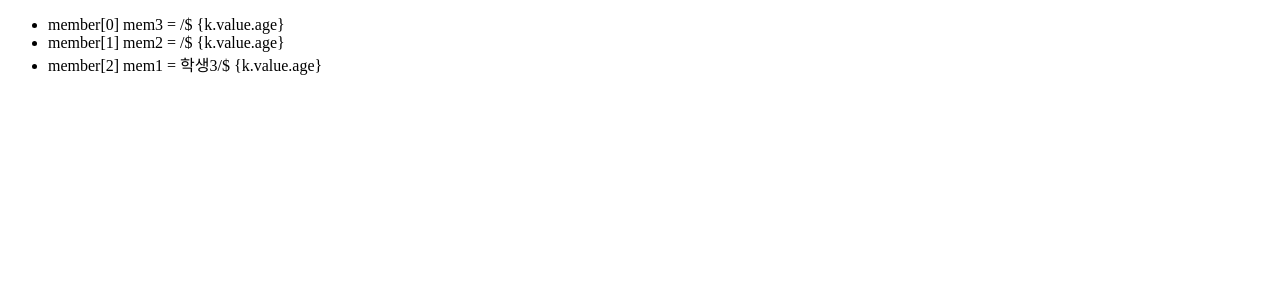
Repository: hari6180/JSP
Page: http://localhost/Model2/jstl/10-url.jsp
These files come from the project's save history. The page is drawn as it stood at one moment and after the next save; the edit follows.
The browser window is 1280 px wide. The pictures show the whole page.
The page is served by Tomcat 9. Other server files are loaded and not shown.

Above is the page before, as saved 2021-01-25 20:21:16.

### Model2/WebContent/jstl/10-url.jsp
<%@page import="java.util.HashMap"%>
<%@page import="study.jsp.model2.controller.Member"%>
<%@page import="java.util.Map"%>
<%@ page language="java" contentType="text/html; charset=UTF-8" pageEncoding="UTF-8"%>
<%@ page trimDirectiveWhitespaces="true" %>
<%@ taglib prefix="c" uri="http://java.sun.com/jsp/jstl/core" %>
<%
	// Collection Map 객체 생성
	Map<String, Member> memberMap = new HashMap<String, Member>();

	// Map 객체에 JavaBeans의 객체를 이름표를 적용하여 추가한다.
	Member mem1 = new Member();
	mem1.setName("학생1");
	mem1.setAge(20);
	memberMap.put("mem1", mem1);

	Member mem2 = new Member();
	mem1.setName("학생2");
	mem1.setAge(20);
	memberMap.put("mem2", mem2);

	Member mem3 = new Member();
	mem1.setName("학생3");
	mem1.setAge(20);
	memberMap.put("mem3", mem3);

	// Map 객체를 request객체에 등록한다.
	request.setAttribute("member_map", memberMap);
%>

<!doctype html>
<html>

<head>
    <meta charset="UTF-8" />
    <title>Hello JSP</title>
</head>

<body>
	<ul>
		<c:forEach var="k" items="${member_map}" varStatus="status">
			<li>
				member[${status.index}] ${k.key} = ${k.value.name}/$ {k.value.age}
			</li>
		</c:forEach>
	</ul>
</body>

</html>

### Model2/src/study/jsp/model2/controller/Member.java
package study.jsp.model2.controller;

import lombok.Data;

@Data
public class Member {
	private String name;
	private int age;
}

After the next save:
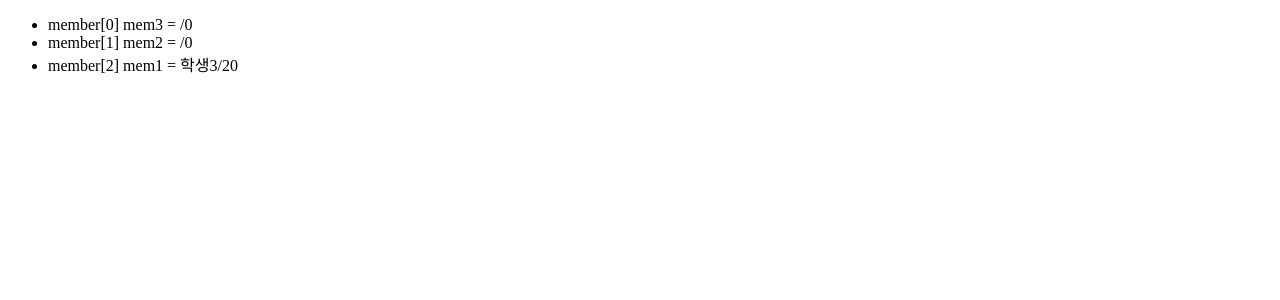
Saved 24 s later.
--- a/Model2/WebContent/jstl/10-url.jsp
+++ b/Model2/WebContent/jstl/10-url.jsp
@@ -40,7 +40,7 @@
 	<ul>
 		<c:forEach var="k" items="${member_map}" varStatus="status">
 			<li>
-				member[${status.index}] ${k.key} = ${k.value.name}/$ {k.value.age}
+				member[${status.index}] ${k.key} = ${k.value.name}/${k.value.age}
 			</li>
 		</c:forEach>
 	</ul>
